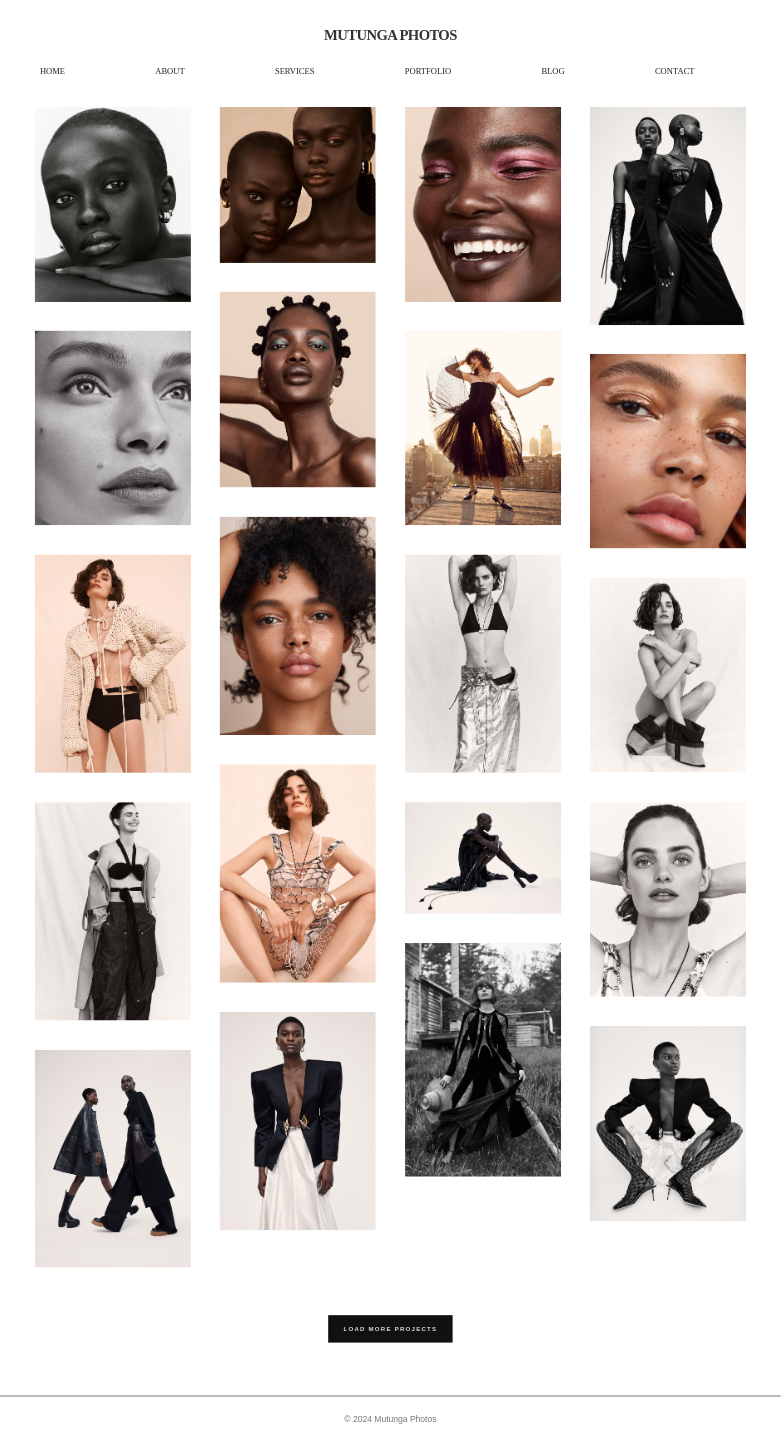
Repository: Jonar254/mutunga-concept-01
Page: index.html
An editor plug-in stored every save of this project. The page is shown before and after a run of saves, followed by the edit.
The browser window is 1280 px wide. The pictures show the whole page, at 61% of full size.
Some web fonts or font styles are not loaded; a fallback is used.

Above is the page before, as saved 2024-07-02 17:18:56.

After the next 2 saves:
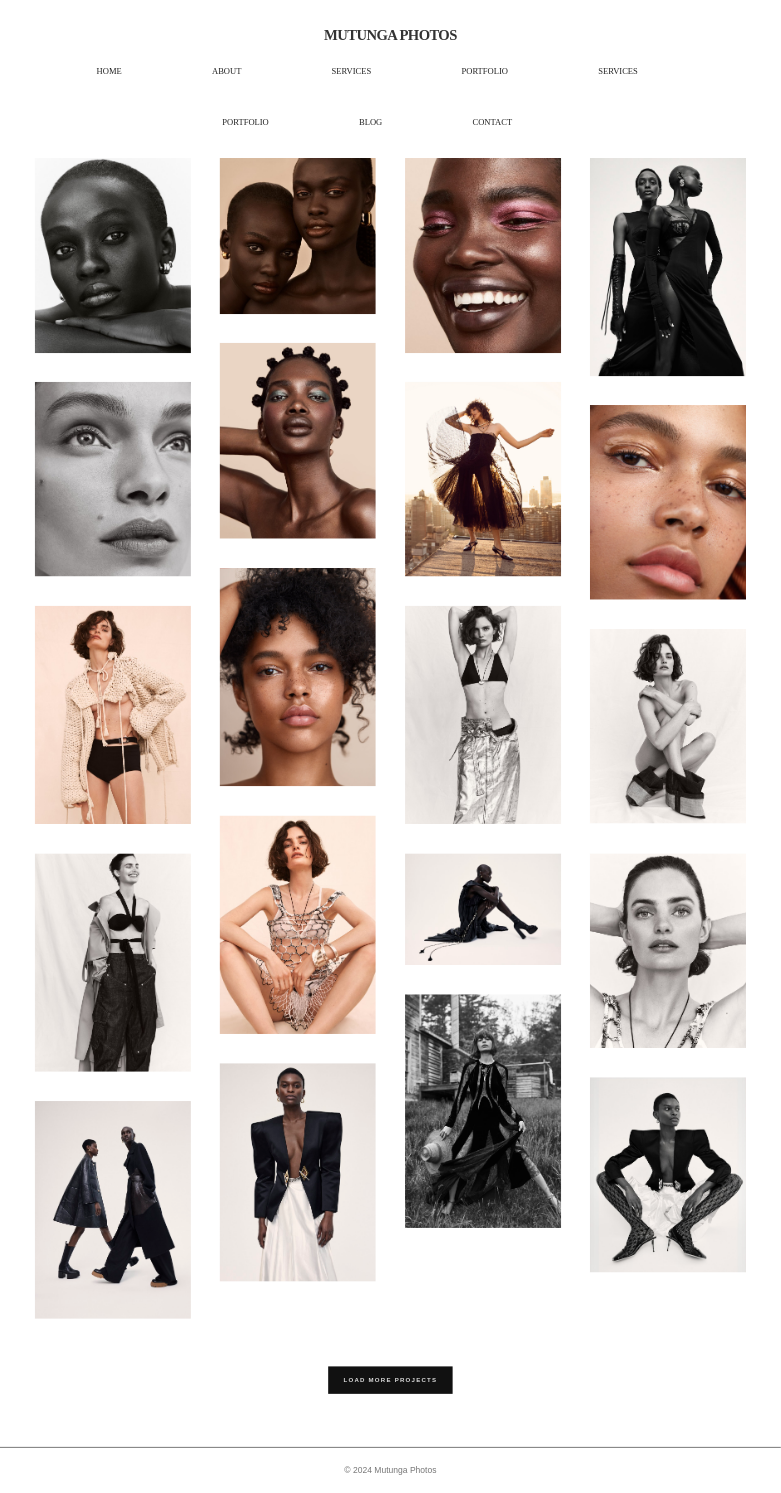
The 2 saves are shown as one change because they came seconds apart.
The last was saved 23 s later.
--- a/index.html
+++ b/index.html
@@ -61,6 +61,8 @@
                         <ul id="mainmenu" class="nav navbar-nav nav-menu">
                             <li class="nav-item active"><a href="index.html" class="nav-link">Home</a></li>
                             <li class="nav-item"><a href="about.html" class="nav-link">About</a></li>
+                            <li class="nav-item"><a href="services.html" class="nav-link">Services</a></li>
+                            <li class="nav-item"><a href="portfolio.html" class="nav-link">Portfolio</a></li>
                             <li class="nav-item"><a href="services.html" class="nav-link">Services</a></li>
                             <li class="nav-item"><a href="portfolio.html" class="nav-link">Portfolio</a></li>
                             <li class="nav-item"><a href="blog.html" class="nav-link">Blog</a>
